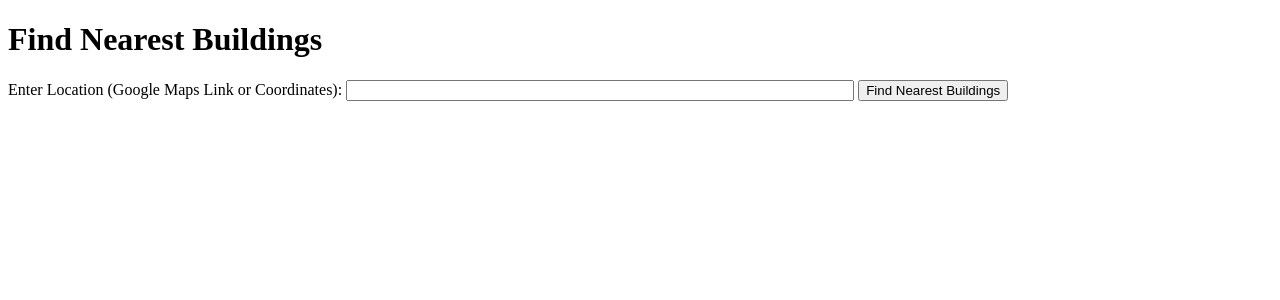
Repository: tuansanji/findmap
Page: index.html
An editor plug-in stored every save of this project. The page is shown before and after the next save, followed by the edit.
The browser window is 1280 px wide. The pictures show the whole page.

Above is the page before, as saved 2023-08-20 19:00:15.

After the next save:
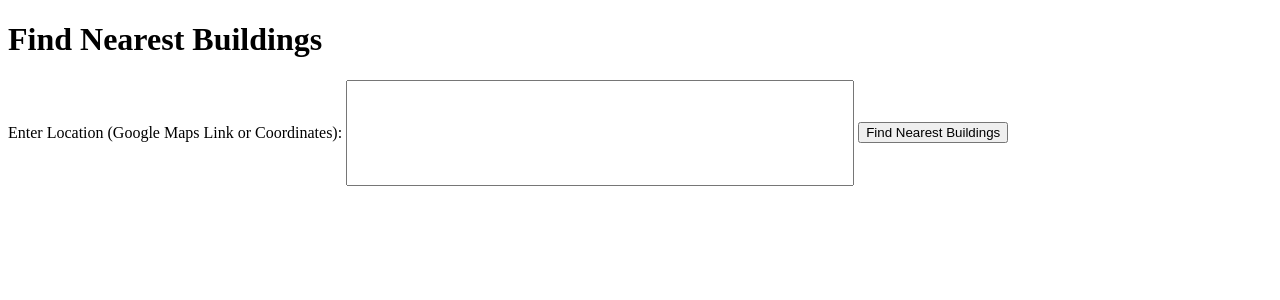
Saved 24 s later.
--- a/index.html
+++ b/index.html
@@ -10,7 +10,7 @@
     <label for="locationInput"
       >Enter Location (Google Maps Link or Coordinates):</label
     >
-    <input type="text" id="locationInput" style="width: 500px" />
+    <input type="text" id="locationInput" style="width: 500px; height: 100px" />
     <button onclick="findNearestBuildings()">Find Nearest Buildings</button>
     <div id="result"></div>
 
